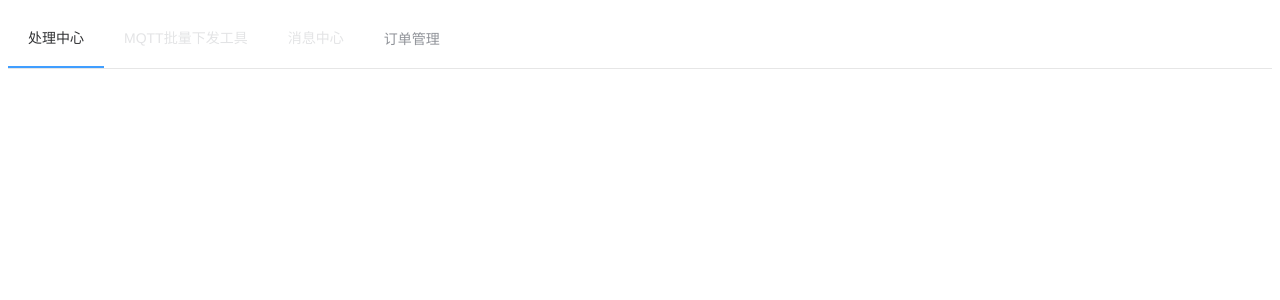
Repository: faintout/BHMQTTSendTool
Page: /
These files come from the project's save history. The page is drawn as it stood at one moment and after the next save; the edit follows.
The browser window is 1280 px wide. The pictures show the whole page.
The project was rebuilt for these pictures with package versions that can differ from the ones it lists, and the page was loaded fresh each time. Also part of the build but not shown: vue.config.js, src/views/MqttSendTool.vue, src/views/MovingInfoShow.vue.

Above is the page before, as saved 2020-09-03 14:02:01.

After the next save:
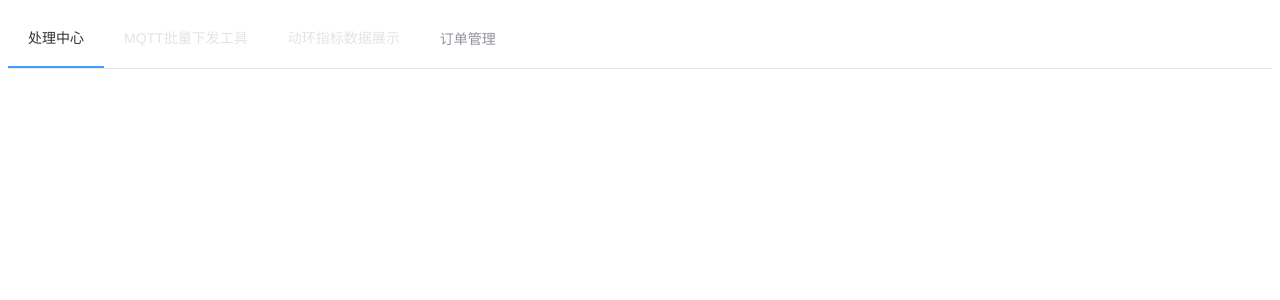
Saved 8 s later.
--- a/src/views/layout.vue
+++ b/src/views/layout.vue
@@ -3,7 +3,7 @@
         <el-menu :default-active="activeIndex" class="el-menu-demo" mode="horizontal" @select="handleSelect">
             <el-menu-item index="1">处理中心</el-menu-item>
             <el-menu-item index="2" disabled>MQTT批量下发工具</el-menu-item>
-            <el-menu-item index="3" disabled>消息中心</el-menu-item>
+            <el-menu-item index="3" disabled>动环指标数据展示</el-menu-item>
             <el-menu-item index="4"><a href="https://www.ele.me" target="_blank">订单管理</a></el-menu-item>
         </el-menu>
     </div>
